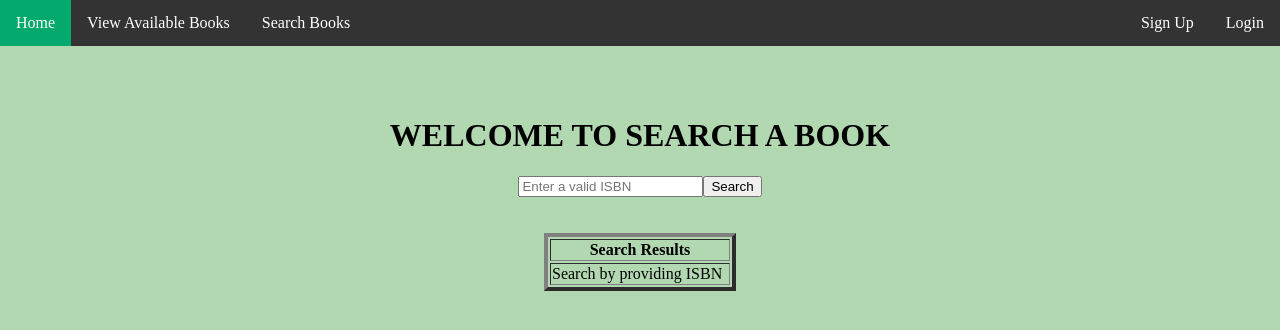
Repository: sach7691/original-book-store
Page: http://localhost/online-book-store-application/search_book.jsp
An editor plug-in stored every save of this project. The page is shown before and after the next save, followed by the edit.
The browser window is 1280 px wide. The pictures show the whole page.
The page is served by Tomcat 9. Other server files are loaded and not shown.

Above is the page before, as saved 2022-08-18 11:10:42.

### online-book-store-application/src/main/webapp/search_book.jsp
<%@ page language="java" contentType="text/html; charset=ISO-8859-1"
    pageEncoding="ISO-8859-1"%>
<%@ taglib uri="http://java.sun.com/jsp/jstl/core" prefix="c" %>
<%@ page import="java.util.List" %>
<%@page import="com.ab.models.Book" %>
<%@page errorPage="error.jsp" %>
<!DOCTYPE html>
<html>
<head>
<meta charset="ISO-8859-1">
<meta name="viewport" content="width=device-width, initial-scale=1.0">
<title>view books</title>
<style>
body {margin: 0;
 background: rgba(0, 128, 0, 0.3);}

 h1{
 text-align: center;
  padding-top: 50px;

 }
 letter {
   color: #ea503f;
   font-family: Arial;
 }

ul.topnav {
  list-style-type: none;
  margin: 0;
  padding: 0;
  overflow: hidden;
  background-color: #333;
}

ul.topnav li {float: left;}

ul.topnav li a {
  display: block;
  color: white;
  text-align: center;
  padding: 14px 16px;
  text-decoration: none;
}

ul.topnav li a:hover:not(.active) {background-color: #111;}

ul.topnav li a.active {background-color: #04AA6D;}

ul.topnav li.right {float: right;}

@media screen and (max-width: 600px) {
  ul.topnav li.right,
  ul.topnav li {float: none;}
}
</style>
</head>
</head>
<body>

<form action="http://localhost:8080/online-book-store-application/SerachBookServlet"  method="POST">
<div>
<ul class="topnav">
  <li><a class="active" href="welcome.jsp">Home</a></li>
  <li><a href="view_books.jsp">View Available Books</a></li>
  <li><a href="http://localhost:8080/online-book-store-application/SerachBookServlet">Search Books</a></li>
  <li class="right"><a href="login.jsp">Login</a></li>
  <li class="right"><a href="index.jsp">Sign Up</a></li>

</ul>
</div>

<div class="letter"><h1>WELCOME TO SEARCH A BOOK</h1> </div>
 <center><input type="text" name="search" placeholder="Enter a valid ISBN"><input type="submit"  value="Search"></center>
<center>
<br>
<%
String title =(String)session.getAttribute("bookTitle");
//System.out.println("I am jsp");
//System.out.println(session.getAttribute("bookTitle"));
 if(title == null){

	 title = "Search by providing ISBN";
 }


%>
<br>
<table border="4" style="width:15%">
  <tr>
    <th>Search Results</th>
  </tr>
       <td><%= title %></td>

  </tr>
</table>
</center>
</form>

</body>
</html>

After the next save:
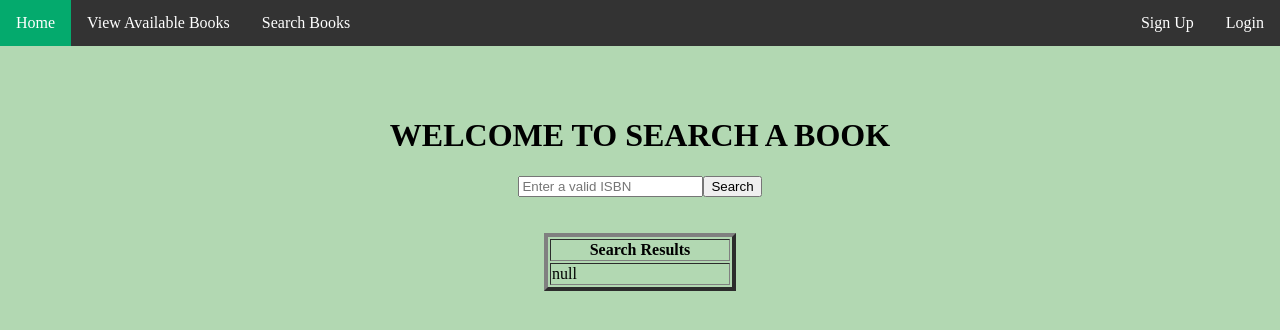
Saved 2 min 46 s later.
--- a/online-book-store-application/src/main/webapp/search_book.jsp
+++ b/online-book-store-application/src/main/webapp/search_book.jsp
@@ -77,7 +77,7 @@
 String title =(String)session.getAttribute("bookTitle");
 //System.out.println("I am jsp");
 //System.out.println(session.getAttribute("bookTitle"));
- if(title == null){
+ if(title != null){
 
 	 title = "Search by providing ISBN";
  }

After the save that followed:
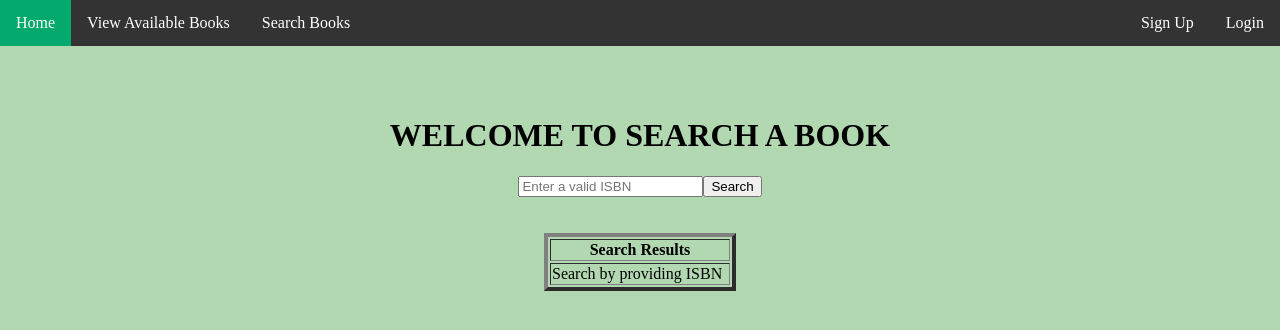
Saved 2 min 47 s later.
--- a/online-book-store-application/src/main/webapp/search_book.jsp
+++ b/online-book-store-application/src/main/webapp/search_book.jsp
@@ -77,7 +77,7 @@
 String title =(String)session.getAttribute("bookTitle");
 //System.out.println("I am jsp");
 //System.out.println(session.getAttribute("bookTitle"));
- if(title != null){
+ if(title == null){
 
 	 title = "Search by providing ISBN";
  }
